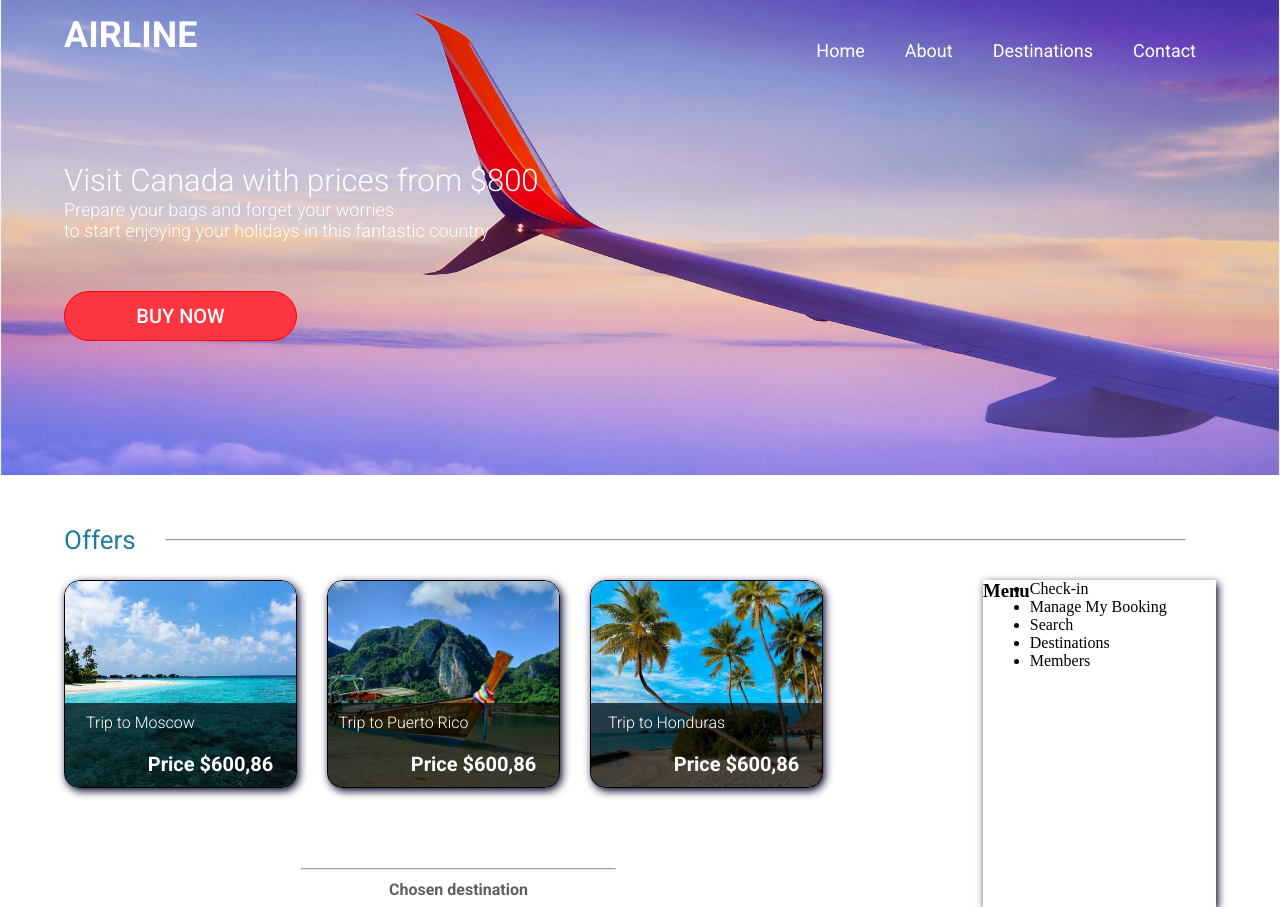
Repository: Cherced/AIRLINES
Page: /
An editor plug-in stored every save of this project. The page is shown before and after the next save, followed by the edit.
The browser window is 1280 px wide. The pictures show the whole page.
The project was rebuilt for these pictures with package versions that can differ from the ones it lists, and the page was loaded fresh each time. The framework's server and built-in components were replaced by stand-ins that run in the browser. Also part of the build but not shown: components/atoms/Footer/SocialMedia.jsx, components/atoms/Footer/MoreToUs.jsx, components/molecules/Footer.jsx.

Above is the page before, as saved 2022-06-30 14:50:54.

After the next save:
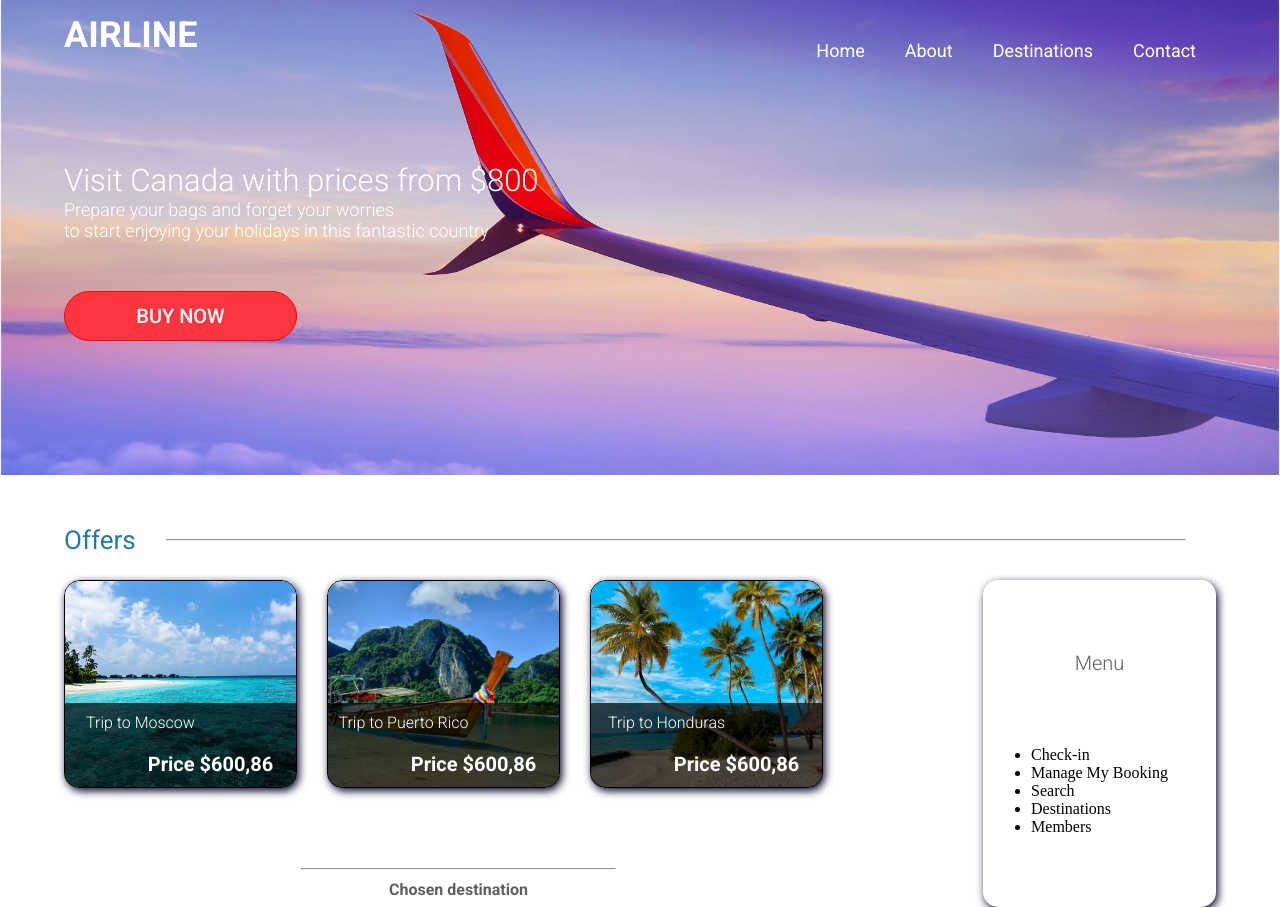
Saved 4 min 25 s later.
--- a/sass/Elements/_offerts.scss
+++ b/sass/Elements/_offerts.scss
@@ -112,6 +112,17 @@
             height: 327px;
             display: flex;
             box-shadow: 2px 3px 8px #000029;
+            flex-direction: column;
+            align-items: center;
+            justify-content: space-evenly;
+            border-radius: 15px;
+            h1{
+                text-align: left;
+font: normal normal 300 20px/24px Roboto;
+letter-spacing: 0px;
+color: #605F5E;
+opacity: 1;
+            }
         }
     }
 
